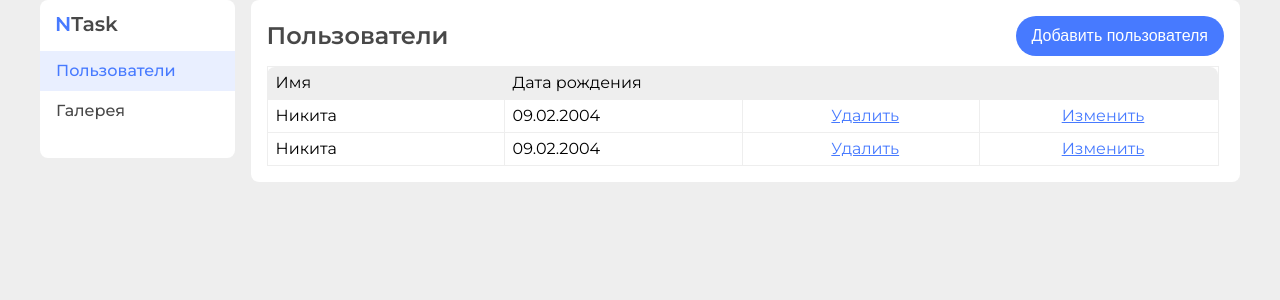
Repository: Grid-Master/NTask
Page: /
These files come from the project's save history. The page is drawn as it stood at one moment and after the next save; the edit follows.
The browser window is 1280 px wide. The pictures show the whole page.
The project was rebuilt for these pictures with package versions that can differ from the ones it lists, and the page was loaded fresh each time.

Above is the page before, as saved 2023-06-05 11:31:35.

### public/index.html
<!DOCTYPE html>
<html lang="en">
  <head>
    <meta charset="utf-8" />
    <link rel="icon" href="%PUBLIC_URL%/favicon.ico" />
    <meta name="viewport" content="width=device-width, initial-scale=1" />
    <meta name="theme-color" content="#000000" />
    <meta name="description" content="Web site created using create-react-app" />
    <link rel="apple-touch-icon" href="%PUBLIC_URL%/logo192.png" />
    <link rel="preconnect" href="https://fonts.googleapis.com" />
    <link rel="preconnect" href="https://fonts.gstatic.com" crossorigin />
    <link
      href="https://fonts.googleapis.com/css2?family=Montserrat:wght@300;400;500;600;700&display=swap"
      rel="stylesheet" />
    <link rel="manifest" href="%PUBLIC_URL%/manifest.json" />
    <title>React App</title>
  </head>
  <body>
    <noscript>You need to enable JavaScript to run this app.</noscript>
    <div id="root"></div>
  </body>
</html>

### src/index.css
html, body, div, span, applet, object, iframe,
h1, h2, h3, h4, h5, h6, p, blockquote, pre,
a, abbr, acronym, address, big, cite, code,
del, dfn, em, img, ins, kbd, q, s, samp,
small, strike, strong, sub, sup, tt, var,
b, u, i, center,
dl, dt, dd, ol, ul, li,
fieldset, form, label, legend,
table, caption, tbody, tfoot, thead, tr, th, td,
article, aside, canvas, details, embed,
figure, figcaption, footer, header, hgroup,
menu, nav, output, ruby, section, summary,
time, mark, audio, video {
	margin: 0;
	padding: 0;
	border: 0;
	font-size: 100%;
	font: inherit;
	vertical-align: baseline;
}
/* HTML5 display-role reset for older browsers */
article, aside, details, figcaption, figure,
footer, header, hgroup, menu, nav, section {
	display: block;
}
body {
	line-height: 1;
}
ol, ul {
	list-style: none;
}
blockquote, q {
	quotes: none;
}
blockquote:before, blockquote:after,
q:before, q:after {
	content: '';
	content: none;
}
table {
	border-collapse: collapse;
}
body {
  margin: 0;
  font-family: Montserrat;
  background: #EEEEEE;
  max-width: 1200px;
  margin: 0 auto;

}

code {
  font-family: source-code-pro, Menlo, Monaco, Consolas, 'Courier New',
    monospace;
}

### src/App.tsx
import './App.css';
import Navbar from './components/navabar/Navbar';
import UserList from './components/userList/UserList';

function App() {
  return (
    <div className="App">
      <Navbar />
      <UserList />
    </div>
  );
}

export default App;

### src/App.css
.App {
  display: flex;
  align-items:start;
  gap: 16px;
}

@media screen and (max-width: 1200px) {
  .App {
    flex-direction: column;
  }
}

### src/components/navabar/Navbar.tsx
import { FC } from 'react';
import './navbar.sass';
const logo = require('../../images/logo.png');

const Navbar: FC = () => {
  return (
    <div className="navbar">
      <div className="navbar__imagecontainer">
        <img src={logo} alt="logo" />
      </div>
      <div className="navbar__item navbar__active">Пользователи</div>
      <div className="navbar__item">Галерея</div>
    </div>
  );
};

export default Navbar;

### src/components/userList/UserList.tsx
import React, { FC } from 'react';
import './userList.sass';

const UserList: FC = () => {
  return (
    <div className="userList">
      <div>
        <h1 className="userList__title">Пользователи</h1>
        <button className="userList__addUserBtn">Добавить пользователя</button>
      </div>
      <table className="userList__table">
        <tr className="userList__table-info">
          <td>Имя</td>
          <td>Дата рождения</td>
          <td></td>
          <td></td>
        </tr>
        <tr>
          <td>Никита</td>
          <td>09.02.2004</td>
          <td className="userList__table-btn">Удалить</td>
          <td className="userList__table-btn">Изменить</td>
        </tr>
        <tr>
          <td>Никита</td>
          <td>09.02.2004</td>
          <td className="userList__table-btn">Удалить</td>
          <td className="userList__table-btn">Изменить</td>
        </tr>
      </table>
    </div>
  );
};

export default UserList;

### src/components/navabar/navbar.sass
.navbar
    width: 200px
    height: 158px
    background: #FFFFFF
    border-radius: 8px
    &__imagecontainer
        padding: 16px 0
        margin-left: 16px
    &__item
        padding: 8px 16px
        cursor: pointer
        font-weight: 500
        font-size: 16px
        line-height: 150%
        color: #484848
    &__active
        background: #E9EFFF
        color: #477AFF

### src/components/userList/userList.sass
.userList
    width: 984px
    background: #FFFFFF
    border-radius: 8px
    padding: 16px
    >div
        display: flex
        align-items: center
        justify-content: space-between
    &__title
        font-weight: 600
        font-size: 24px
        line-height: 150%
        color: #484848
    &__addUserBtn
        font-weight: 500
        font-size: 16px
        line-height: 100%
        color: #FFFFFF
        background: #477AFF
        border-radius: 20px
        padding: 12px 16px
        border: none
        outline: none
        cursor: pointer
        transition: .3s
        &:hover
            opacity: .8
    &__table
        margin-top: 10px
        width: 952px
        td
            border: 1px solid #EEEEEE
            width: 238px
            text-align: start
            padding: 8px 0
            padding-left: 8px
        &-btn
            cursor: pointer
            text-decoration-line: underline
            color: #477AFF
            transition: .2s
            text-align: center !important
            &:hover
                opacity: .8
        tr:first-child td:first-child
            border-radius: 8px 0 0 0
        tr:first-child td:last-child
            border-radius: 0 8px 0 0
        tr:last-child td:first-child
            border-radius: 0 0 8px 0
        tr:last-child td:last-child
            border-radius: 0 0 0 8px //??
        &-info
            background-color: #EEEEEE
            border-radius: 8px !important

Loaded but not shown: src/index.tsx (common file)

After the next save:
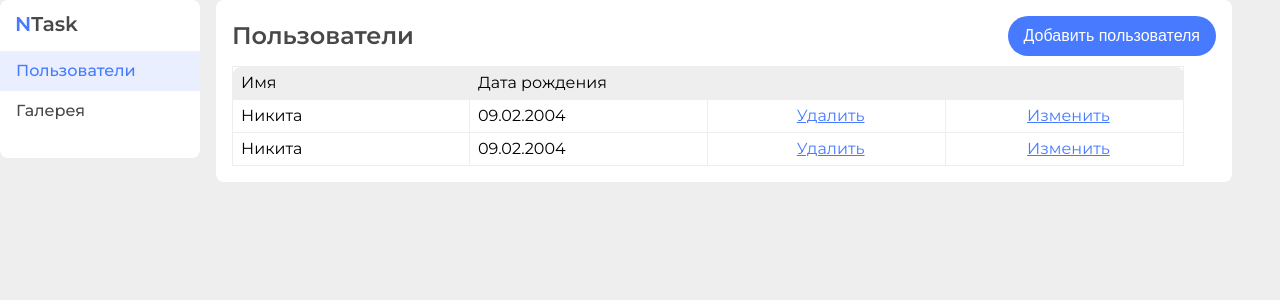
Saved 69 s later.
--- a/src/index.css
+++ b/src/index.css
@@ -44,8 +44,6 @@ body {
   margin: 0;
   font-family: Montserrat;
   background: #EEEEEE;
-  max-width: 1200px;
-  margin: 0 auto;
 
 }
 

After the save that followed:
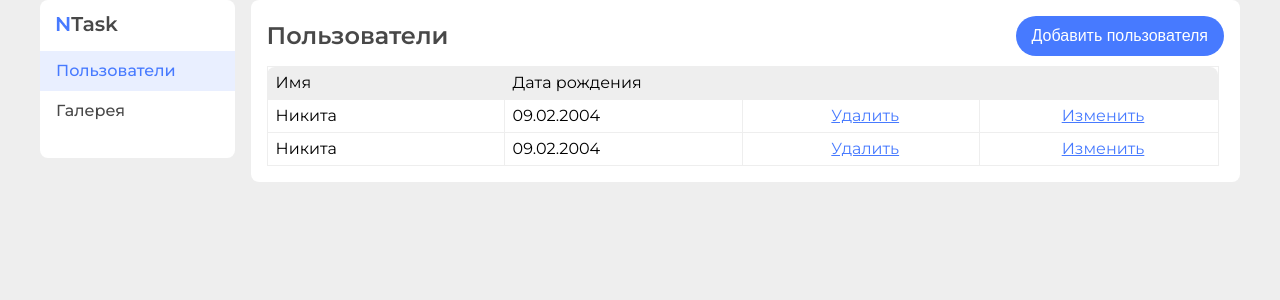
Saved 6 s later.
--- a/src/App.css
+++ b/src/App.css
@@ -2,6 +2,8 @@
   display: flex;
   align-items:start;
   gap: 16px;
+  max-width: 1200px;
+  margin: 0 auto;
 }
 
 @media screen and (max-width: 1200px) {
